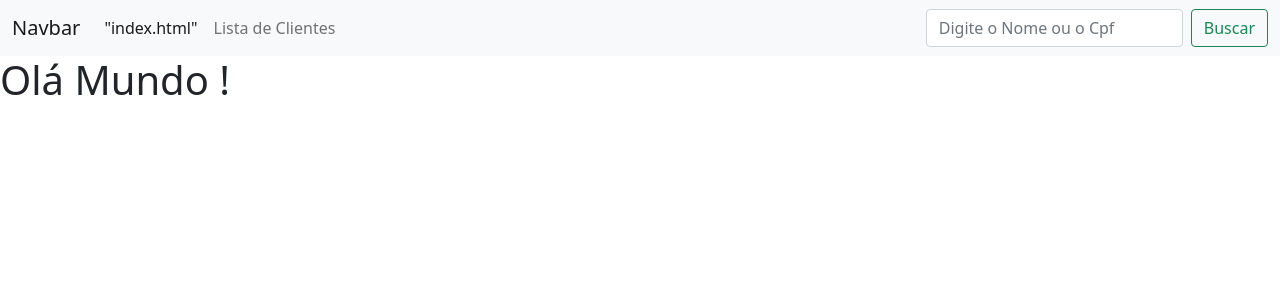
Repository: williammatosdev/agencia_de_Viagem_Java
Page: javacrud/src/main/webapp/index.html
These files come from the project's save history. The page is drawn as it stood at one moment and after the next save; the edit follows.
The browser window is 1280 px wide. The pictures show the whole page.

Above is the page before, as saved 2022-02-06 16:15:06.

After the next save:
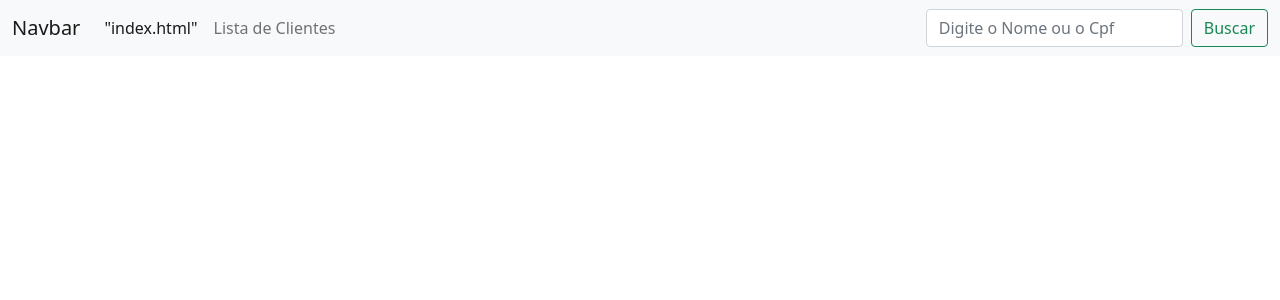
Saved 2 min 51 s later.
--- a/javacrud/src/main/webapp/index.html
+++ b/javacrud/src/main/webapp/index.html
@@ -29,7 +29,7 @@
     </div>
   </div>
 </nav>
-<h1>Olá Mundo !</h1>
+
 <!-- JavaScript Bundle with Popper -->
 <script src="https://cdn.jsdelivr.net/npm/bootstrap@5.1.3/dist/js/bootstrap.bundle.min.js" integrity="sha384-ka7Sk0Gln4gmtz2MlQnikT1wXgYsOg+OMhuP+IlRH9sENBO0LRn5q+8nbTov4+1p" crossorigin="anonymous"></script>
 </body>
